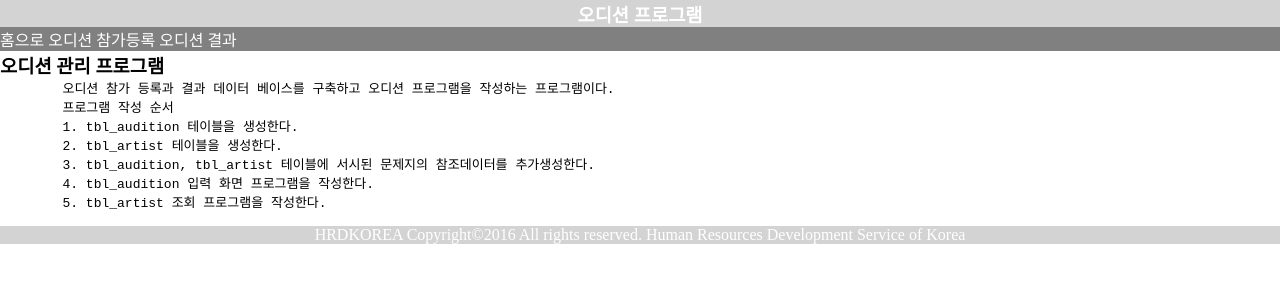
Repository: jieun000/Craftsman_Information_Processing
Page: http://localhost/Test/main.jsp
These files come from the project's save history. The page is drawn as it stood at one moment and after the next save; the edit follows.
The browser window is 1280 px wide. The pictures show the whole page.
The page is served by Tomcat 9.

Above is the page before, as saved 2023-09-06 01:07:45.

### 02_study/Test/src/main/webapp/main.jsp
<%@ page language="java" contentType="text/html; charset=UTF-8"
    pageEncoding="UTF-8"%>
<!DOCTYPE html>
<html>
<head>
<meta charset="UTF-8">
<title>Insert title here</title>
<style type="text/css">
* { margin: 0; padding: 0; }
nav > a { text-decoration: none; color: white; }
</style>
</head>
<body>
	<header style="background: lightgray; color: white; width: 100%; text-align: center;">
		<h3>오디션 프로그램</h3>
	</header>
	<nav style="background: gray;">
		<a href="main.jsp">홈으로</a>
		<a href="joinForm.jsp">오디션 참가등록</a>
		<a href="result.jsp">오디션 결과</a>
	</nav>
	<section>
		<h3>오디션 관리 프로그램</h3>
		<pre>
	오디션 참가 등록과 결과 데이터 베이스를 구축하고 오디션 프로그램을 작성하는 프로그램이다.
	프로그램 작성 순서
	1. tbl_audition 테이블을 생성한다.
	2. tbl_artist 테이블을 생성한다.
	3. tbl_audition, tbl_artist 테이블에 서시된 문제지의 참조데이터를 추가생성한다.
	4. tbl_audition 입력 화면 프로그램을 작성한다.
	5. tbl_artist 조회 프로그램을 작성한다.
		</pre>
	</section>
	<footer style="background: lightgray; color: white; width: 100%; text-align: center;">
		<p>
			HRDKOREA Copyright&copy;2016 All rights reserved. Human Resources Development Service of Korea
		</p>
	</footer>
</body>
</html>

After the next save:
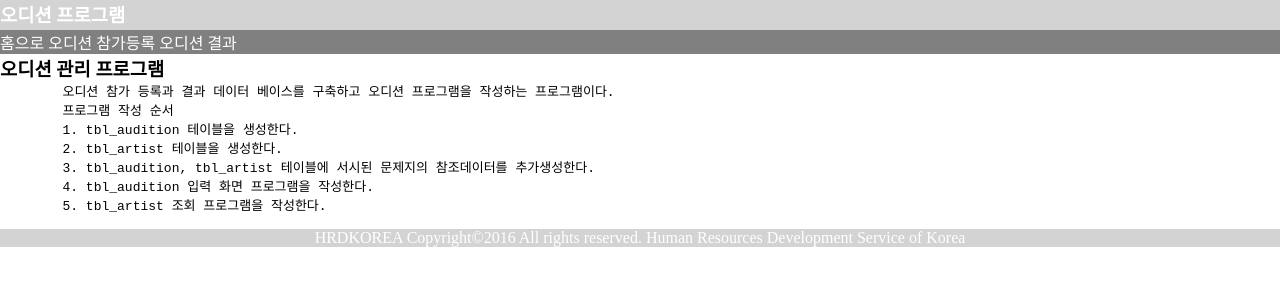
Saved 33 s later.
--- a/02_study/Test/src/main/webapp/main.jsp
+++ b/02_study/Test/src/main/webapp/main.jsp
@@ -11,7 +11,7 @@
 </style>
 </head>
 <body>
-	<header style="background: lightgray; color: white; width: 100%; text-align: center;">
+	<header style="background: lightgray; color: white; lightgray width: 100%; height: 30px;">
 		<h3>오디션 프로그램</h3>
 	</header>
 	<nav style="background: gray;">
